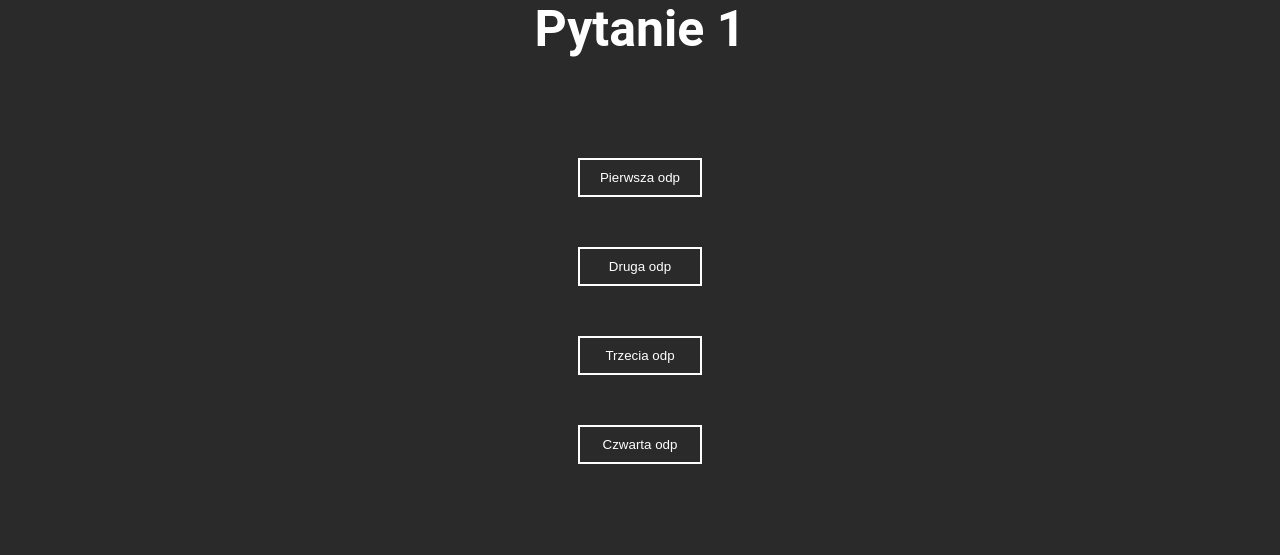
Repository: BaczkiewiczDawid/weatherApp
Page: index.html
The author's editor kept a copy of each file at every save. The page is drawn from the files as they stood at one save, then again after the next save.
The browser window is 1280 px wide. The pictures show the whole page.

Above is the page before, as saved 2020-02-22 18:31:41.

After the next save:
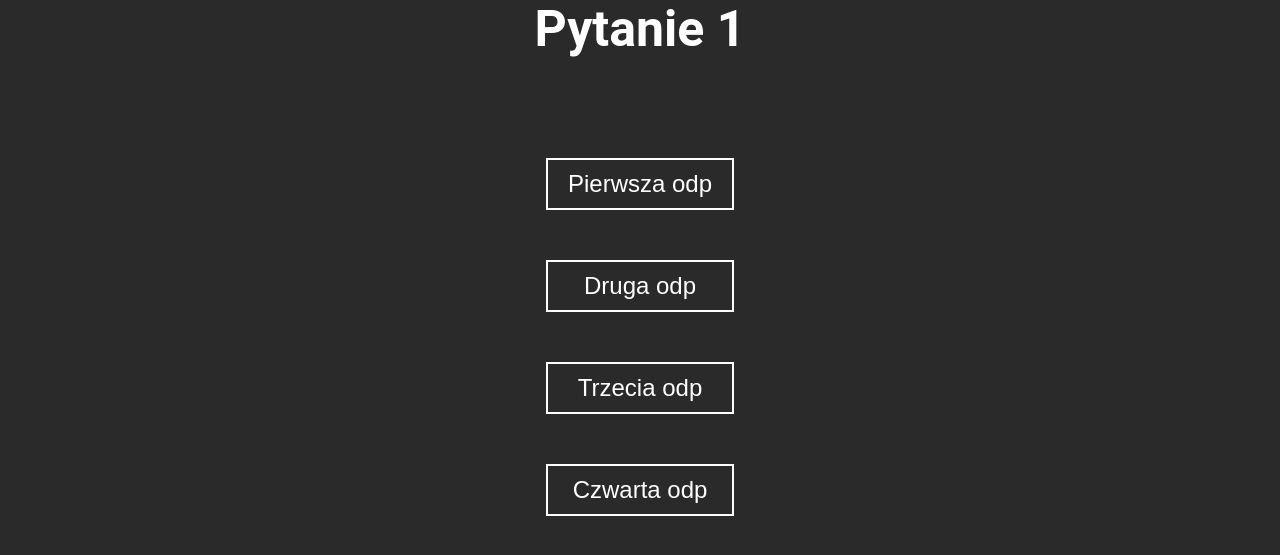
Saved 7 s later.
--- a/style.css
+++ b/style.css
@@ -25,4 +25,5 @@ button {
     border: 2px solid white;
     padding: 10px 20px;
     margin-top: 50px;
+    font-size: 24px;
 }
